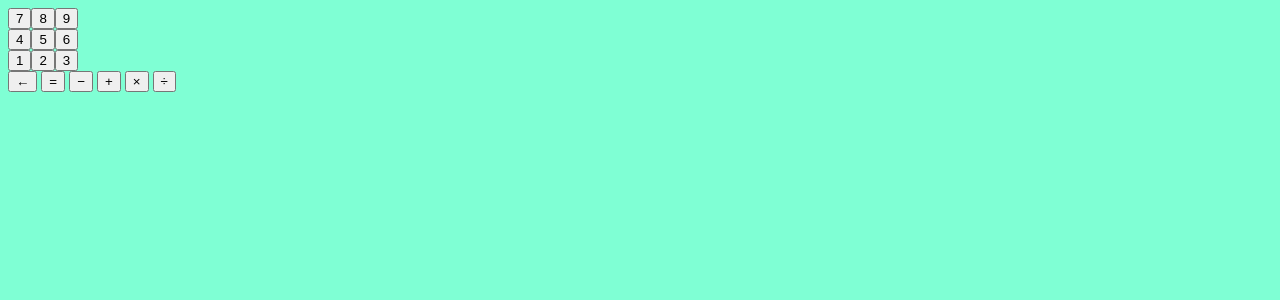
Repository: jontslater/LAB-calculator2
Page: index.html
These files come from the project's save history. The page is drawn as it stood at one moment and after the next save; the edit follows.
The browser window is 1280 px wide. The pictures show the whole page.

Above is the page before, as saved 2023-10-12 13:54:49.

### index.html
<!DOCTYPE html>
<html lang="en">
<head>
  <meta charset="UTF-8">
  <meta name="viewport" content="width=device-width, initial-scale=1.0">
  <title>calculator</title>
  <link rel="stylesheet" href="main.css">
  <script src="main.js"></script>
  <table>
    <button>7</button>
    <button>8</button>
    <button>9</button>
  </table>

  <table>
    <button>4</button>
    <button>5</button>
    <button>6</button>
  </table>

  <table>
    <button>1</button>
    <button>2</button>
    <button>3</button>
  </table>

  <button>&#8592;</button>
  <button>&#61;</button>
  <button>&#8722;</button>
  <button>&#43;</button>
  <button>&#215;</button>
  <button>&#247;</button>
</head>
<body>

</body>
</html>

### main.css
body{
  background-color: aquamarine;
}

.container{
  width: 400xp;
}

Loaded but not shown: main.js (no stored copy; drawn as an empty file)

After the next save:
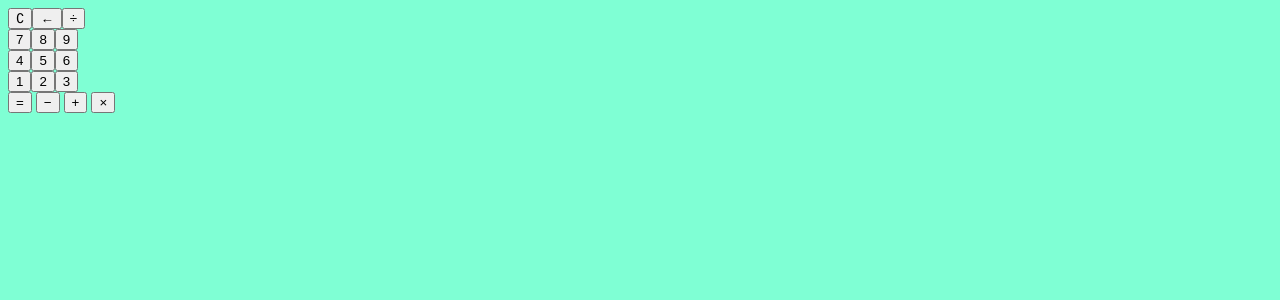
Saved 2 min 54 s later.
--- a/index.html
+++ b/index.html
@@ -6,6 +6,11 @@
   <title>calculator</title>
   <link rel="stylesheet" href="main.css">
   <script src="main.js"></script>
+  <table>
+    <button>&#8705;</button>
+    <button>&#8592;</button>
+    <button>&#247;</button>
+  </table>
   <table>
     <button>7</button>
     <button>8</button>
@@ -24,12 +29,11 @@
     <button>3</button>
   </table>
 
-  <button>&#8592;</button>
+
   <button>&#61;</button>
   <button>&#8722;</button>
   <button>&#43;</button>
   <button>&#215;</button>
-  <button>&#247;</button>
 </head>
 <body>
 
